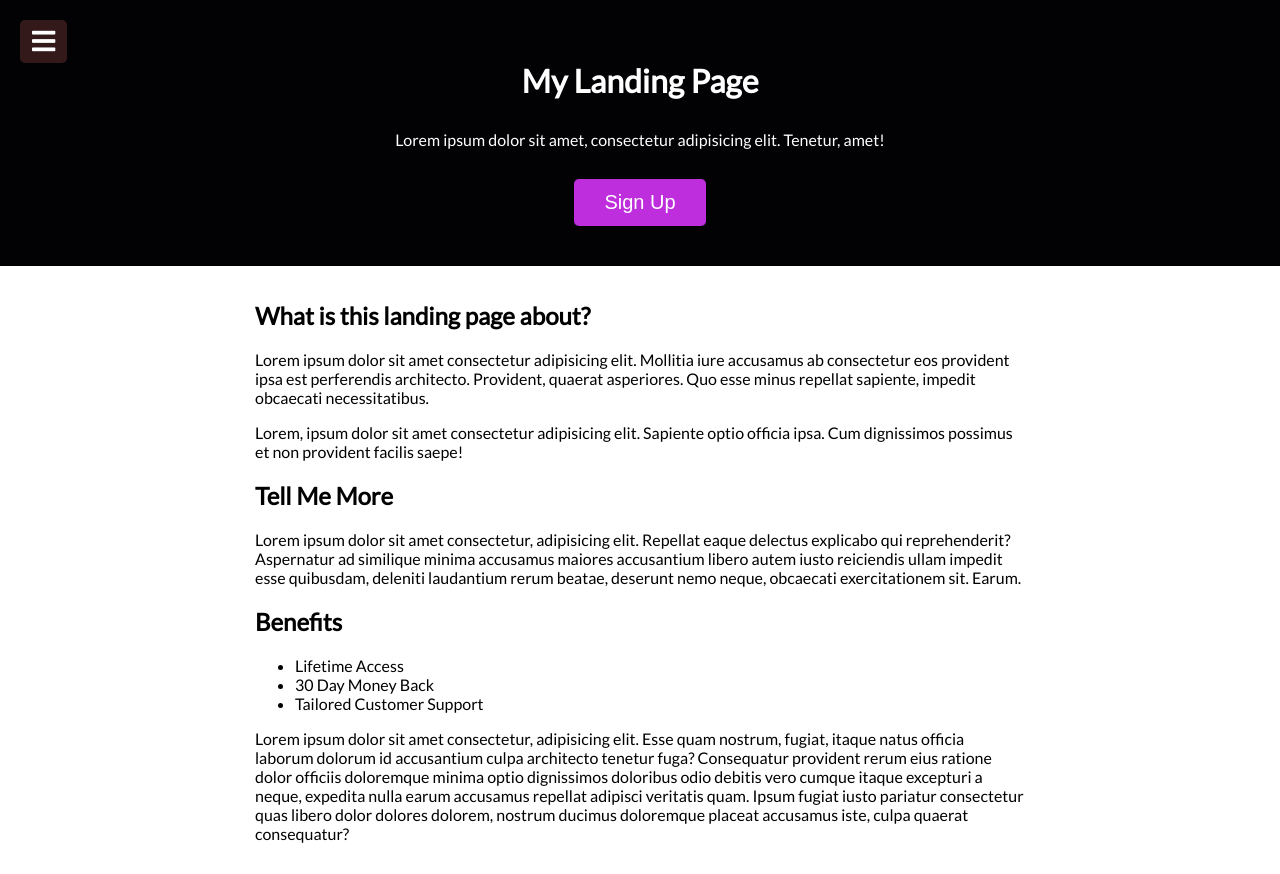
Repository: CAMPSLOPY/MenuSliderWithLandingPage
Page: index.html
These files come from the project's save history. The page is drawn as it stood at one moment and after a run of saves; the edit follows.
The browser window is 1280 px wide. The pictures show the whole page.
Some web libraries are served in a nearby version.

Above is the page before, as saved 2021-01-22 17:14:25.

After the next 2 saves:
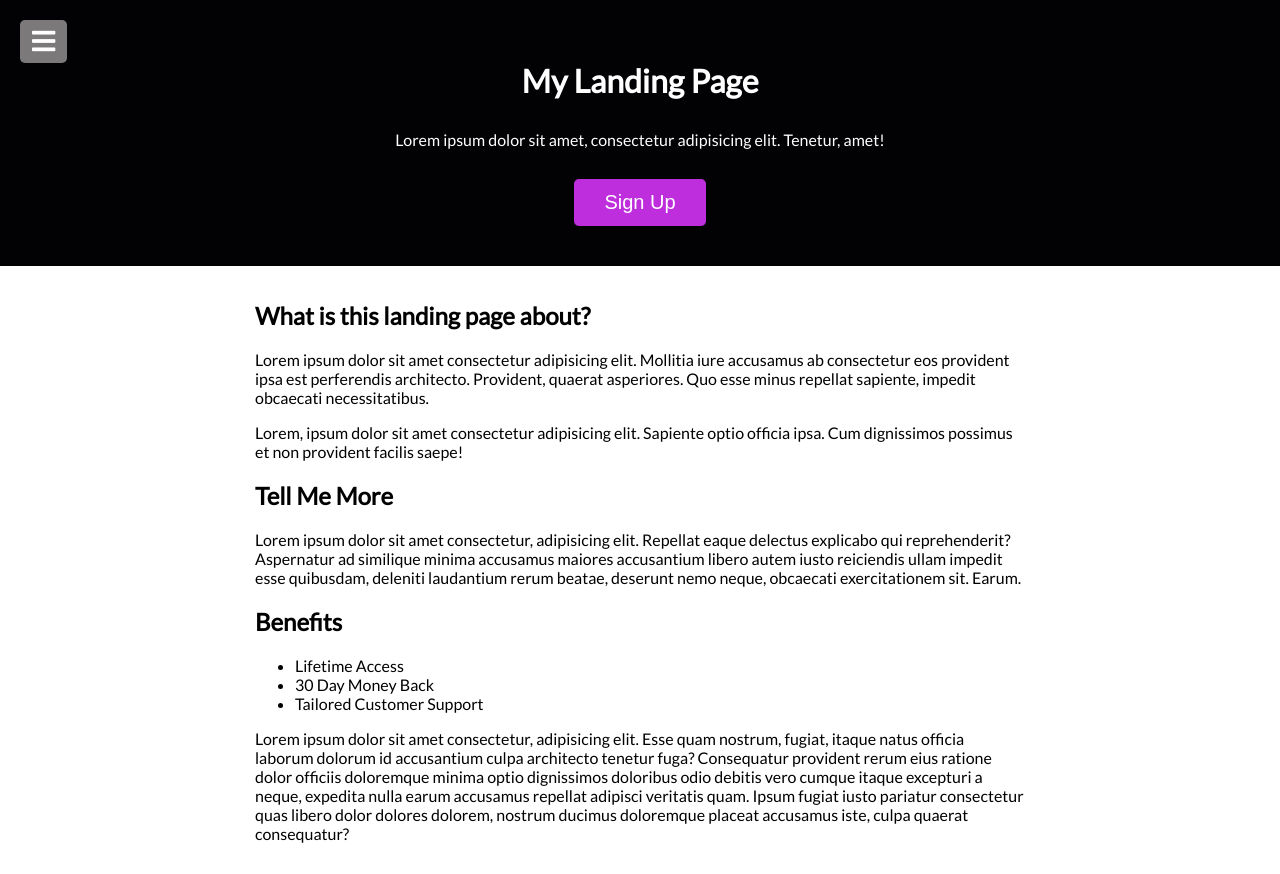
The 2 saves are shown as one change because they came seconds apart.
The last was saved 23 s later.
--- a/styles.css
+++ b/styles.css
@@ -97,7 +97,7 @@ button:focus {
 
 .toggle {
   position: absolute;
-  background: rgba(170, 80, 80, 0.3);
+  background: rgba(199, 196, 196, 0.61);
   top: 20px;
   left: 20px;
 }
